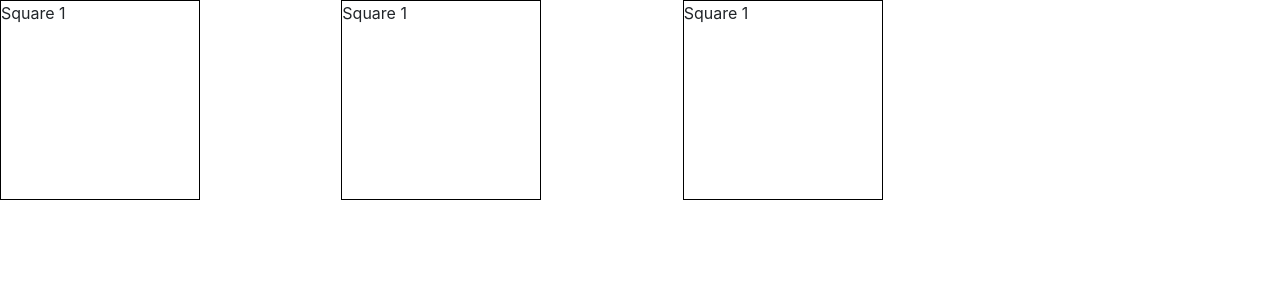
Repository: tts2610/Tic-Tac_Toe
Page: /
These files come from the project's save history. The page is drawn as it stood at one moment and after the next save; the edit follows.
The browser window is 1280 px wide. The pictures show the whole page.
The project was rebuilt for these pictures with package versions that can differ from the ones it lists, and the page was loaded fresh each time.

Above is the page before, as saved 2020-06-02 10:55:42.

After the next save:
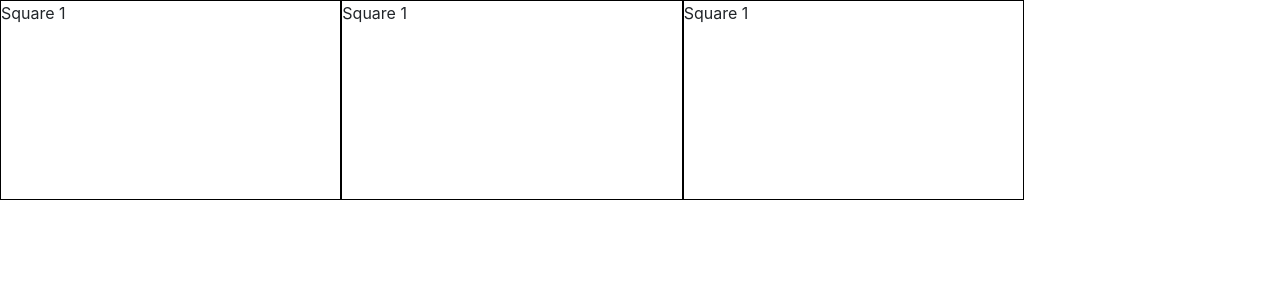
Saved 31 s later.
--- a/src/App.css
+++ b/src/App.css
@@ -1,5 +1,5 @@
 .box {
-    width: 200px;
+    min-width: max-content;
     height: 200px;
     border: 1px solid black;
 }
